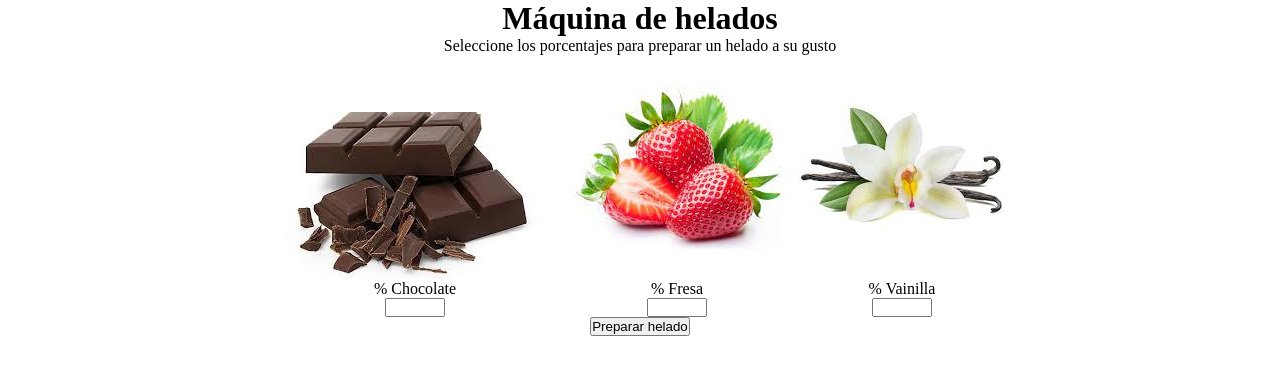
Repository: Ibizus/ejercicios_JSP
Page: http://localhost/ejercicios_Hector/ejercicio10/index.jsp
The author's editor kept a copy of each file at every save. The page is drawn from the files as they stood at one save, then again after the next save.
The browser window is 1280 px wide. The pictures show the whole page.
The page is served by Tomcat 9.

Above is the page before, as saved 2023-11-16 19:01:52.

After the next save:
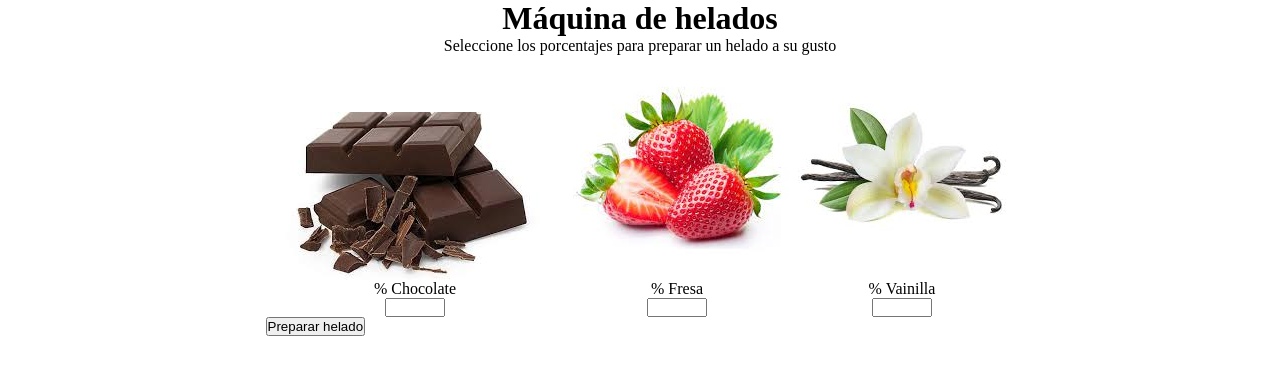
Saved 6 s later.
--- a/ejercicios_Hector/src/main/webapp/ejercicio10/css/style.css
+++ b/ejercicios_Hector/src/main/webapp/ejercicio10/css/style.css
@@ -35,6 +35,5 @@
 
 input{
 	display: flex;
-	justify-self: center;
 	align-items: end;
 }

After the save that followed:
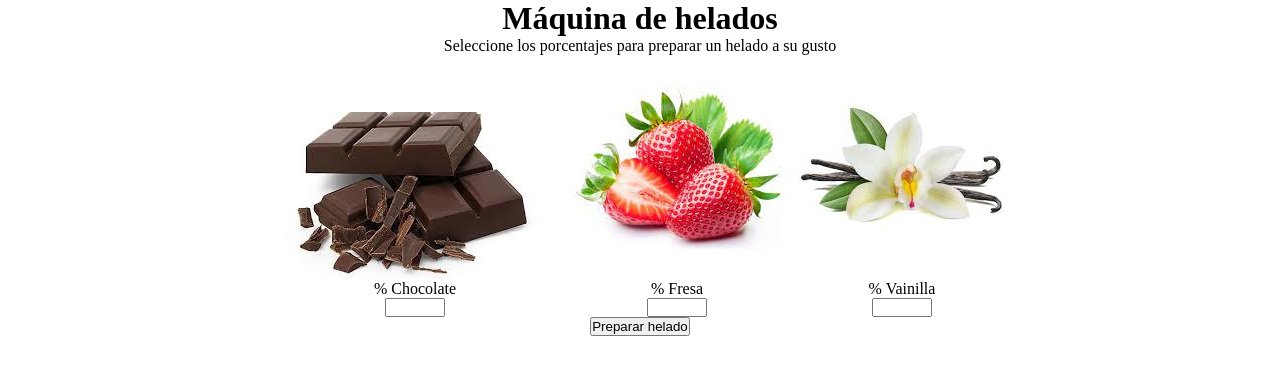
Saved 13 s later.
--- a/ejercicios_Hector/src/main/webapp/ejercicio10/css/style.css
+++ b/ejercicios_Hector/src/main/webapp/ejercicio10/css/style.css
@@ -35,5 +35,5 @@
 
 input{
 	display: flex;
-	align-items: end;
+	place-self: center;
 }
